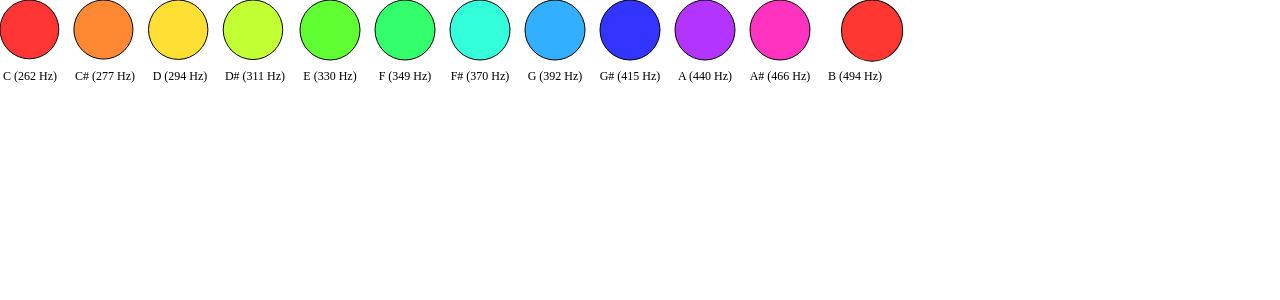
Repository: studiorichie/richielau.com
Page: assets/sound-to-color.html
These files come from the project's save history. The page is drawn as it stood at one moment and after the next save; the edit follows.
The browser window is 1280 px wide. The pictures show the whole page.

Above is the page before, as saved 2024-11-06 20:47:18.

After the next save:
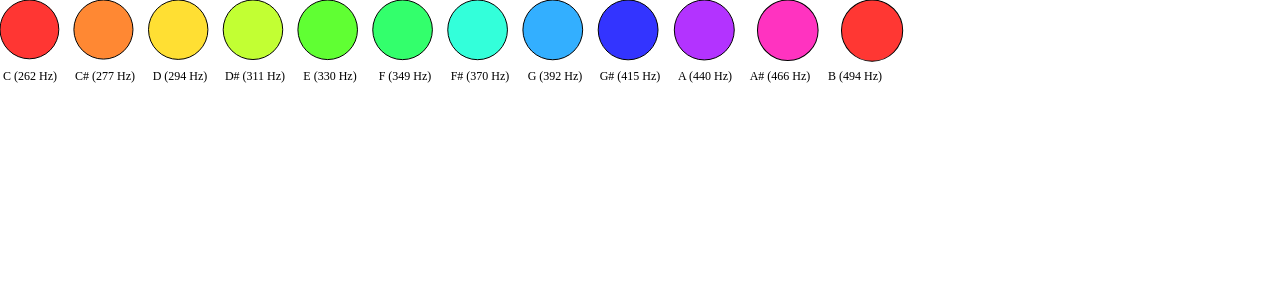
Saved 4 min 53 s later.
--- a/assets/sound-to-color.html
+++ b/assets/sound-to-color.html
@@ -45,6 +45,34 @@
 
         .key-circle[data-note="D#"] {
             transform: scale(0.992);
+        }
+
+        .key-circle[data-note="E"] {
+            transform: scale(0.993);
+        }
+
+        .key-circle[data-note="F"] {
+            transform: scale(0.994);
+        }
+
+        .key-circle[data-note="F#"] {
+            transform: scale(0.995);
+        }
+
+        .key-circle[data-note="G"] {
+            transform: scale(0.996);
+        }
+
+        .key-circle[data-note="G#"] {
+            transform: scale(0.997);
+        }
+
+        .key-circle[data-note="A"] {
+            transform: scale(0.999);
+        }
+
+        .key-circle[data-note="A#"] {
+            transform: scale(1.01);
         }
 
         /* Continue this slight scaling variation up to B */
